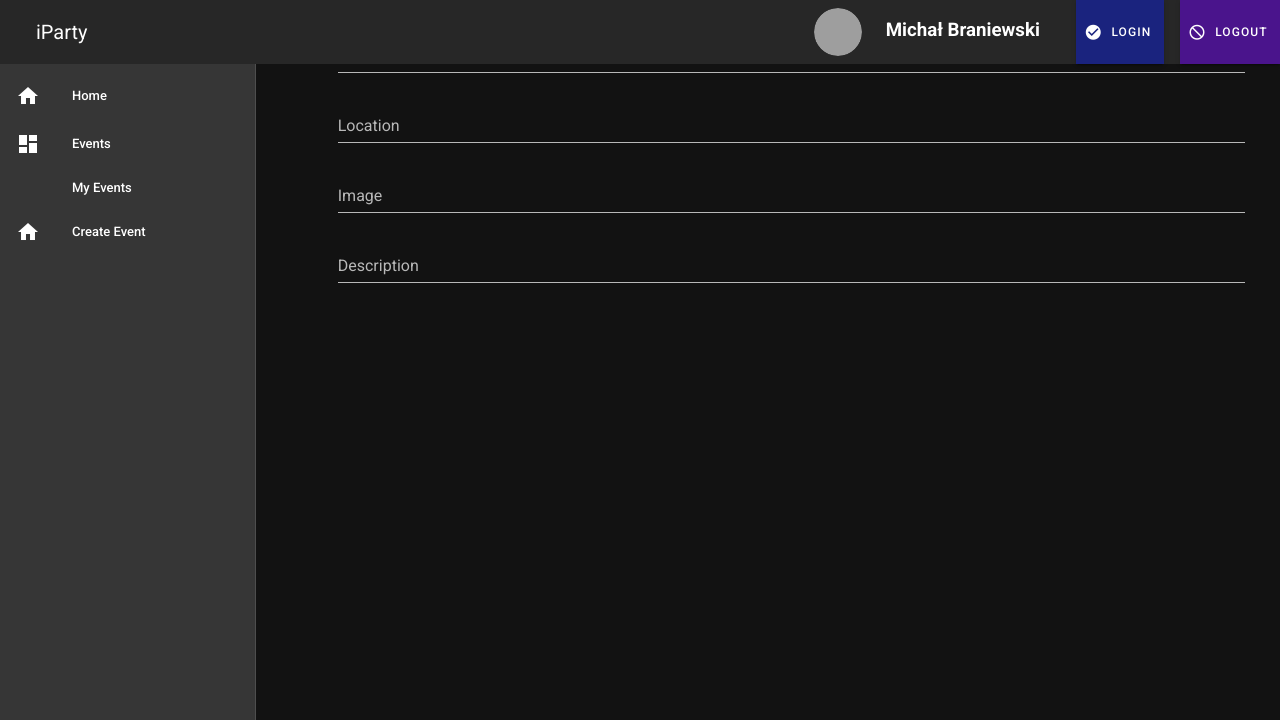
Repository: hexanek/partyapp
Page: /#/addevent
An editor plug-in stored every save of this project. The page is shown before and after the next save, followed by the edit.
The browser window is 1280 px wide. The pictures show the whole page.
Pictures or frames that could not be fetched are drawn as grey boxes. The project was rebuilt for these pictures with package versions that can differ from the ones it lists, and the page was loaded fresh each time. Also part of the build but not shown: vue.config.js, src/components/Popup.vue, src/components/Gmap.vue, src/components/Home.vue.

Above is the page before, as saved 2020-01-26 14:24:43.

After the next save:
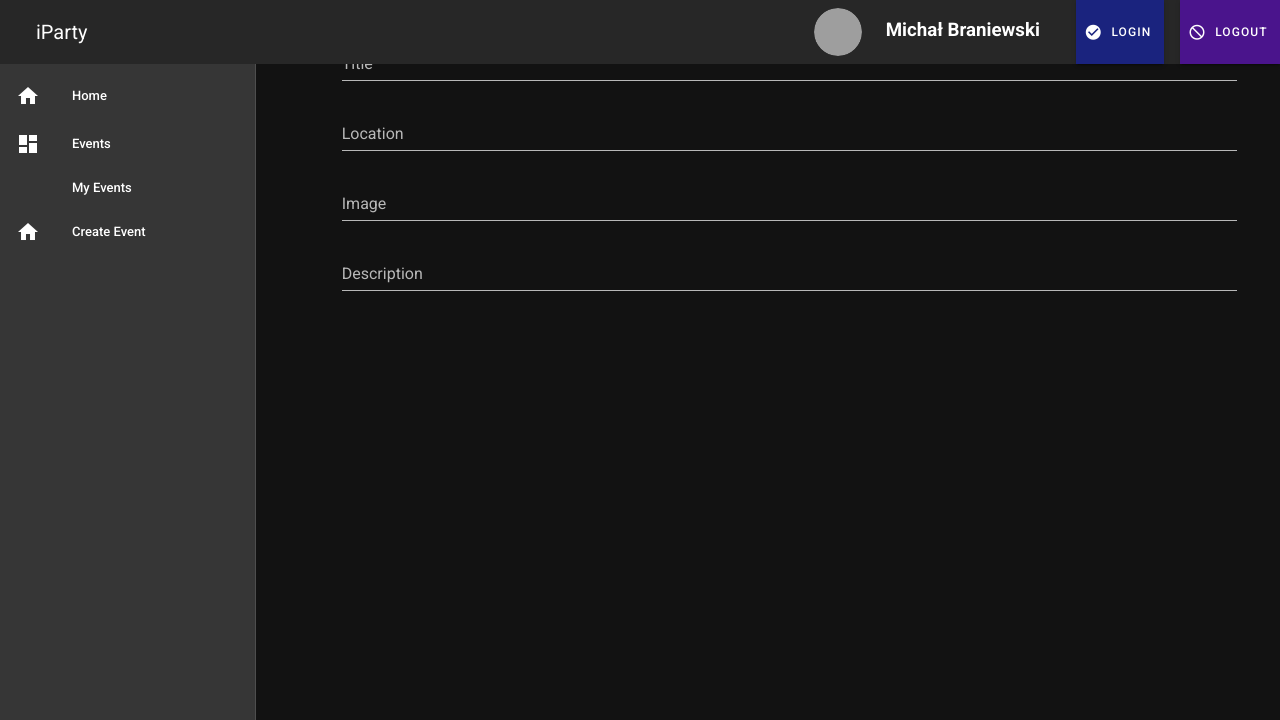
Saved 2 min 39 s later.
--- a/src/components/Event/EventForm.vue
+++ b/src/components/Event/EventForm.vue
@@ -1,6 +1,6 @@
 <template>
     <div class="content">
-        <v-container>
+        <v-container pa-5>
             <v-layout row>
                 <v-flex xs-12 offset-sm3 center>
                     <h2>Add own Event</h2>

After the save that followed:
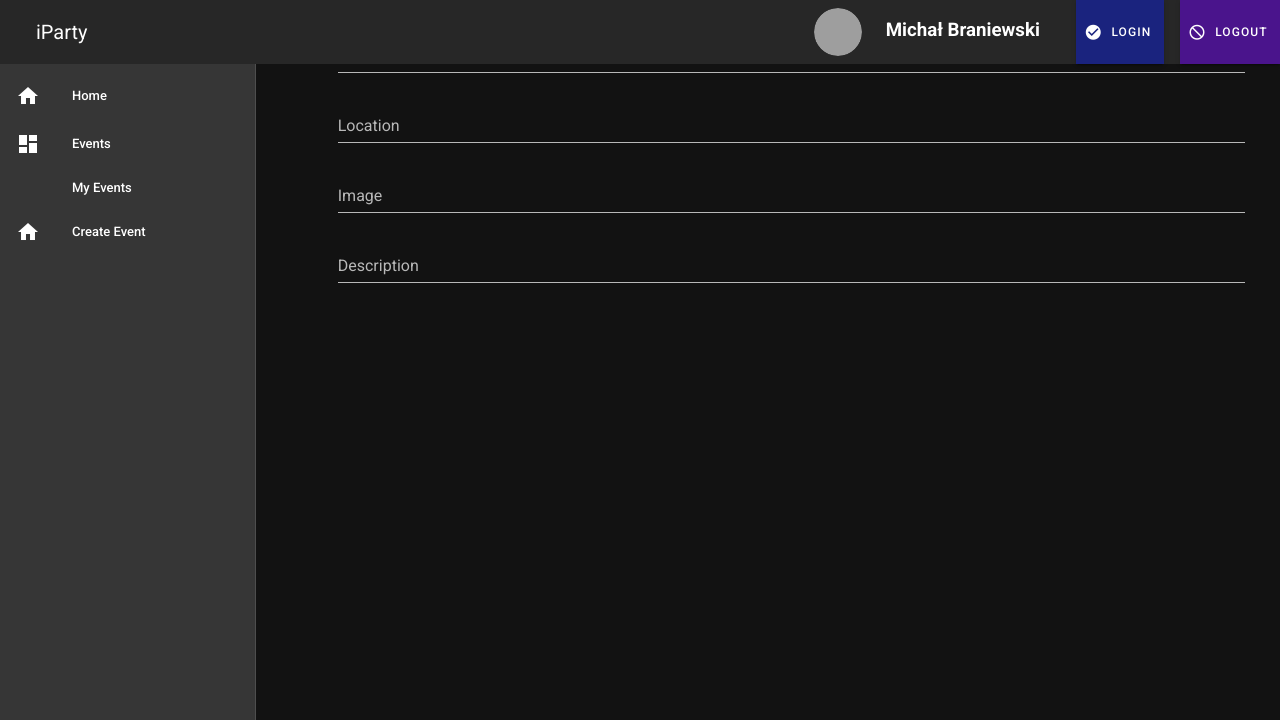
Saved 7 s later.
--- a/src/components/Event/EventForm.vue
+++ b/src/components/Event/EventForm.vue
@@ -1,6 +1,6 @@
 <template>
     <div class="content">
-        <v-container pa-5>
+        <v-container pa-62>
             <v-layout row>
                 <v-flex xs-12 offset-sm3 center>
                     <h2>Add own Event</h2>
